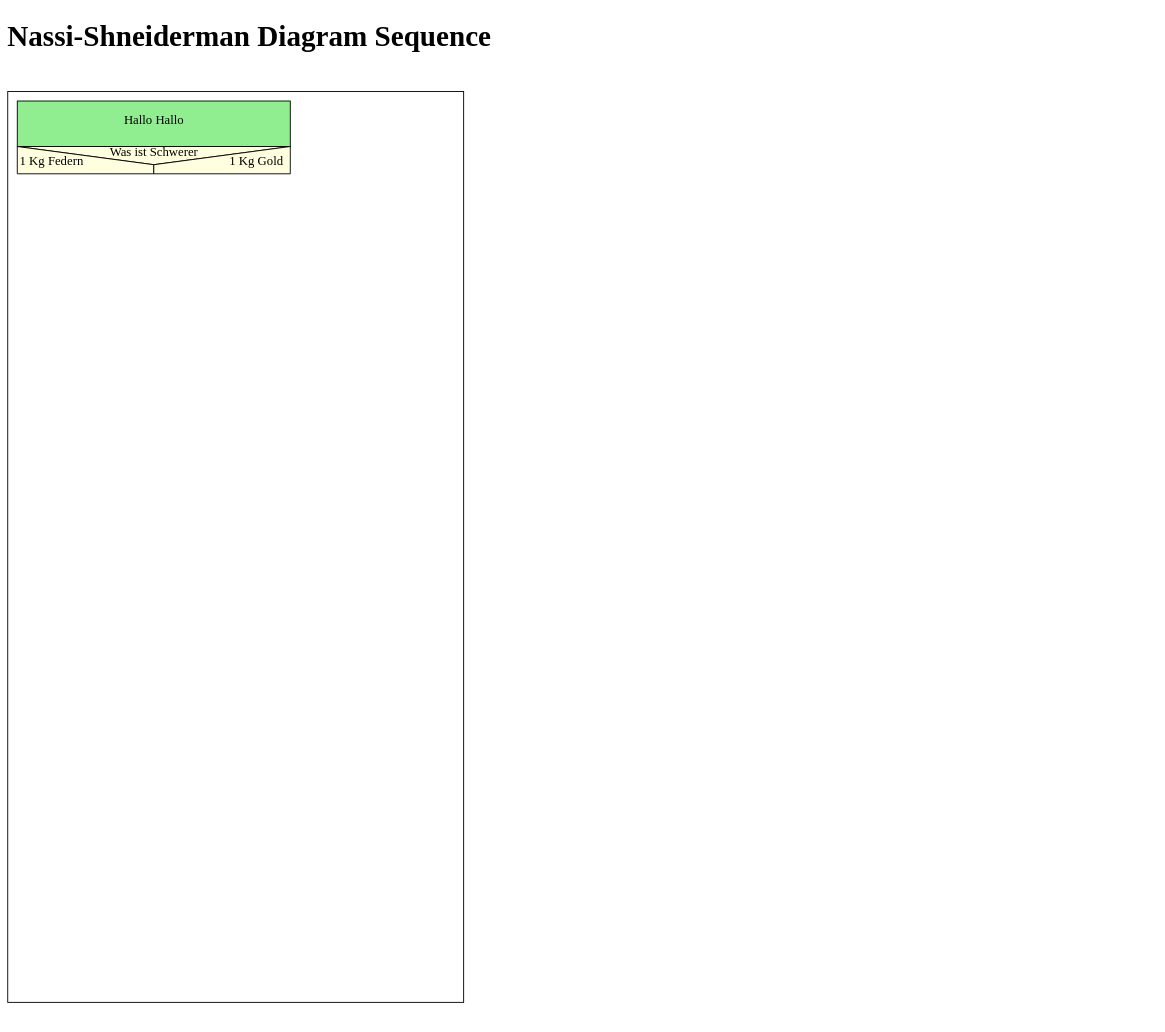
Repository: fabsch225/Nassi-Shneiderman-Compiler
Page: demo.html
The author's editor kept a copy of each file at every save. The page is drawn from the files as they stood at one save, then again after the next save.
The browser window is 1280 px wide. The pictures show the whole page, at 91% of full size.

Above is the page before, as saved 2024-05-15 21:45:25.

After the next save:
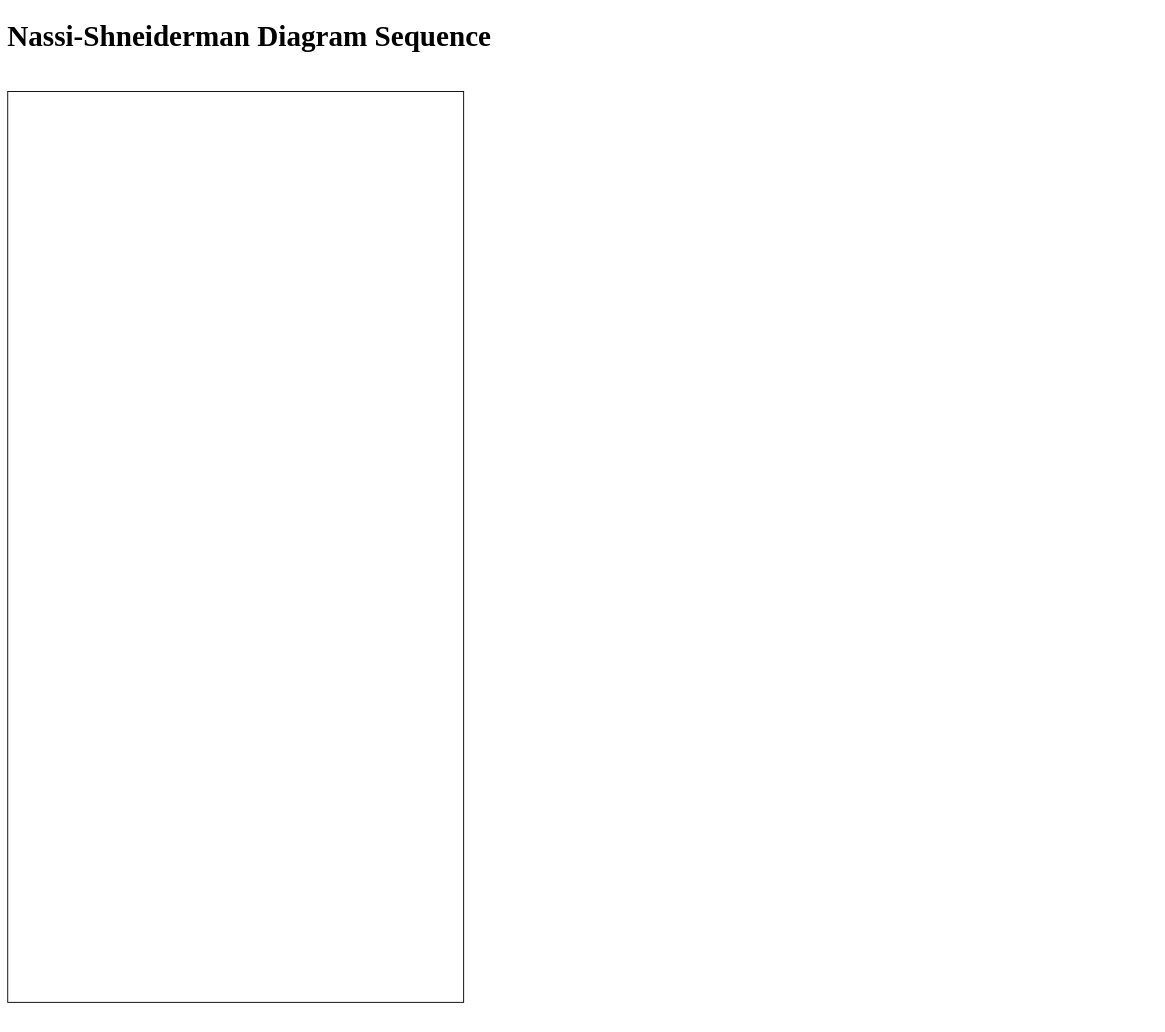
Console error: SyntaxError: Unexpected token '.'
Saved 37 s later.
--- a/demo.html
+++ b/demo.html
@@ -20,7 +20,8 @@
 <script>
     var svgContainer = document.getElementById('canvas');
     svgContainer.innerHTML += createSequenceBlock(10, 10, 300, 50, "Hallo Hallo").svgAppendix;
-    svgContainer.innerHTML += createDecisionBlock(10, 60, 300, 50, "Was ist Schwerer", "1 Kg Federn", "1 Kg Gold").svgAppendix;
+    var block = createDecisionBlock(10, 60, 300, 50, "Was ist Schwerer", "1 Kg Federn", "1 Kg Gold");
+    svgContainer.innerHTML += .svgAppendix;
 </script>
 </body>
 </html>

After the save that followed:
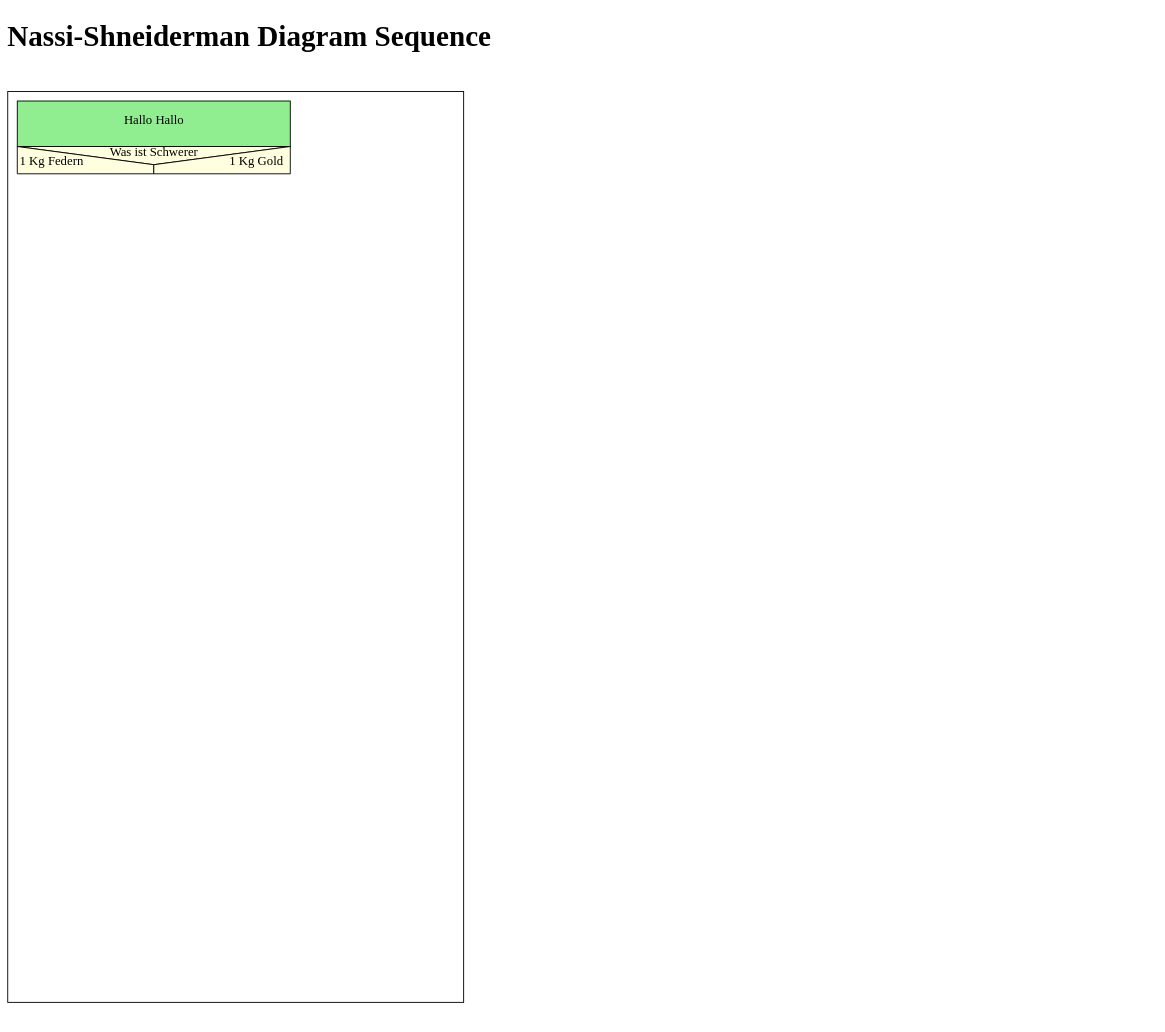
The error is gone.
Saved 5 s later.
--- a/demo.html
+++ b/demo.html
@@ -21,7 +21,7 @@
     var svgContainer = document.getElementById('canvas');
     svgContainer.innerHTML += createSequenceBlock(10, 10, 300, 50, "Hallo Hallo").svgAppendix;
     var block = createDecisionBlock(10, 60, 300, 50, "Was ist Schwerer", "1 Kg Federn", "1 Kg Gold");
-    svgContainer.innerHTML += .svgAppendix;
+    svgContainer.innerHTML += block.svgAppendix;
 </script>
 </body>
 </html>
